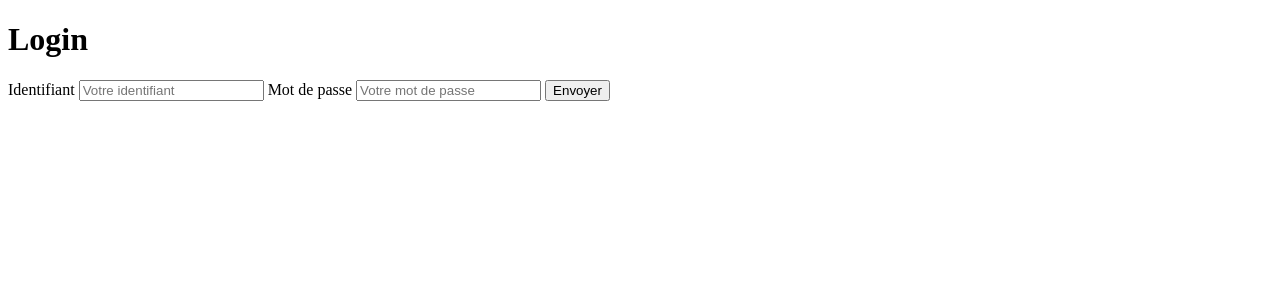
Repository: Luc010/Exercices
Page: HTML CSS/cours/formulaires/ex1.html
An editor plug-in stored every save of this project. The page is shown before and after the next save, followed by the edit.
The browser window is 1280 px wide. The pictures show the whole page.

Above is the page before, as saved 2019-09-06 10:00:10.

### HTML CSS/cours/formulaires/ex1.html
<!DOCTYPE html>
<html lang="fr">
<head>
    <meta charset="UTF-8">
    <meta name="viewport" content="width=device-width, initial-scale=1.0">
    <meta http-equiv="X-UA-Compatible" content="ie=edge">
    <title>Document</title>
</head>
<body>
    <h1>Login</h1>
    <form action="" method="POST">
        <label>Identifiant</label>
        <input type="text" name="identifiant" placeholder="Votre identifiant">
        <label>Mot de passe</label>
        <input type="password" name="password" placeholder="Votre mot de passe">
        <input type="submit" name="submit" value="Envoyer">
    </form>
</body>
</html>

After the next save:
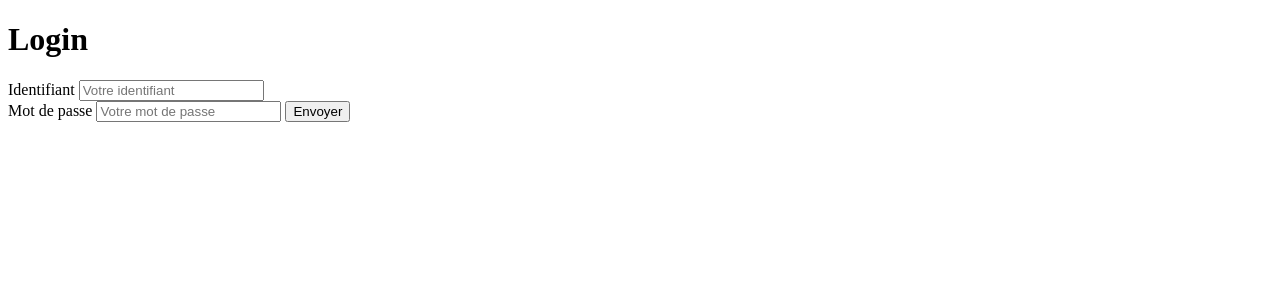
Saved 13 s later.
--- a/HTML CSS/cours/formulaires/ex1.html
+++ b/HTML CSS/cours/formulaires/ex1.html
@@ -10,7 +10,7 @@
     <h1>Login</h1>
     <form action="" method="POST">
         <label>Identifiant</label>
-        <input type="text" name="identifiant" placeholder="Votre identifiant">
+        <input type="text" name="identifiant" placeholder="Votre identifiant"><br>
         <label>Mot de passe</label>
         <input type="password" name="password" placeholder="Votre mot de passe">
         <input type="submit" name="submit" value="Envoyer">

After the save that followed:
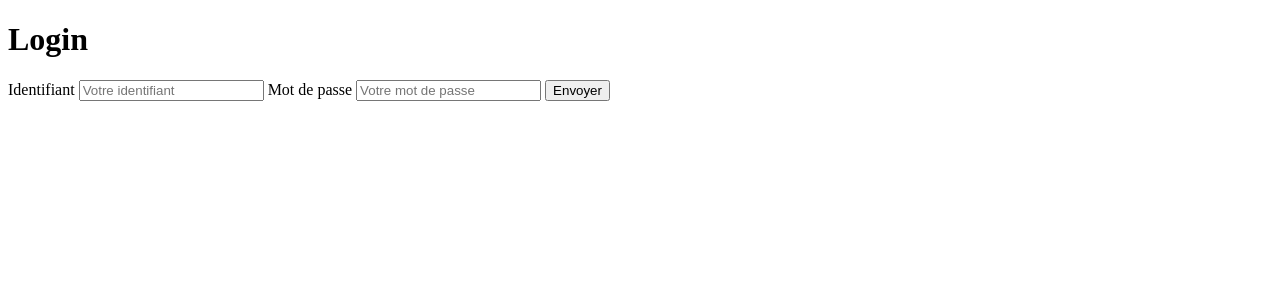
Saved 5 s later.
--- a/HTML CSS/cours/formulaires/ex1.html
+++ b/HTML CSS/cours/formulaires/ex1.html
@@ -10,7 +10,7 @@
     <h1>Login</h1>
     <form action="" method="POST">
         <label>Identifiant</label>
-        <input type="text" name="identifiant" placeholder="Votre identifiant"><br>
+        <input type="text" name="identifiant" placeholder="Votre identifiant">
         <label>Mot de passe</label>
         <input type="password" name="password" placeholder="Votre mot de passe">
         <input type="submit" name="submit" value="Envoyer">
